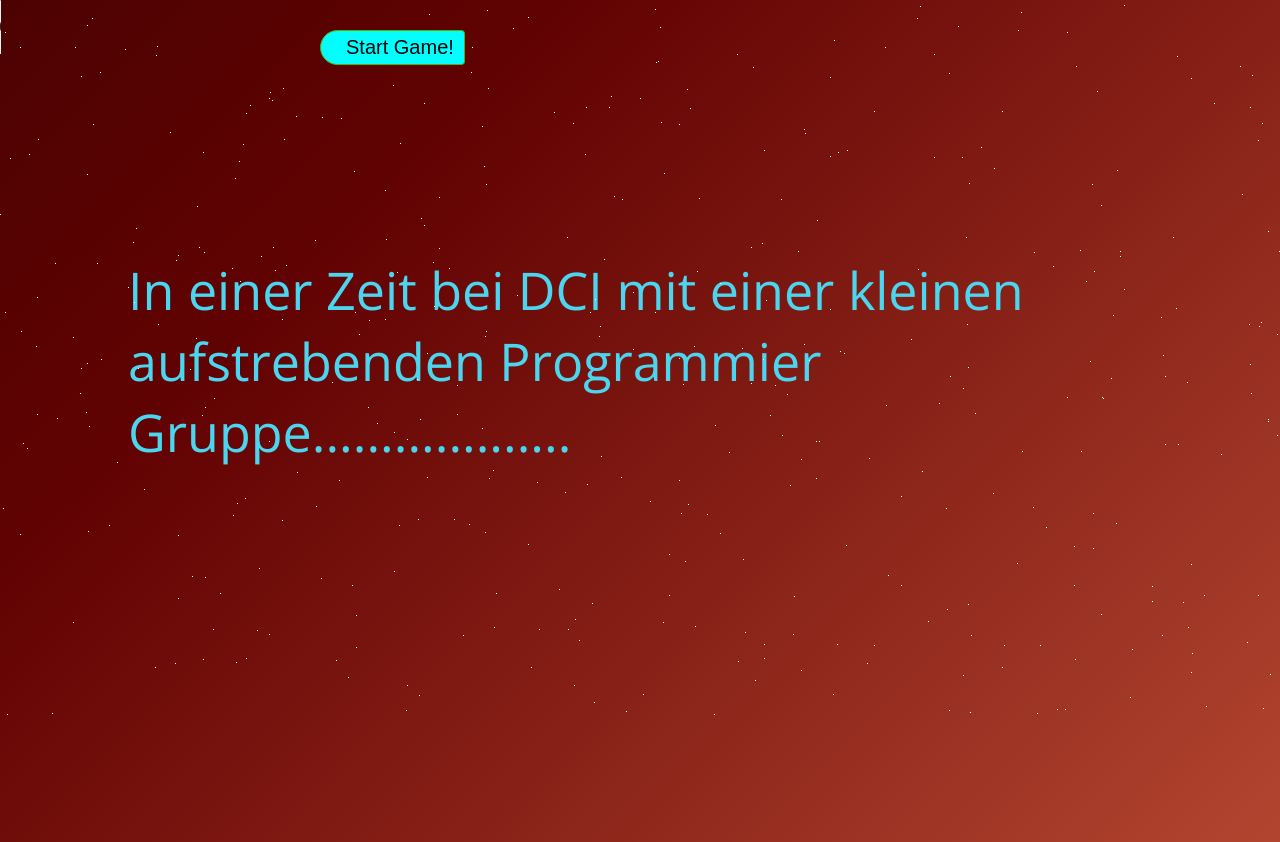
Repository: Der-Metatron/Projekt-Omega-Sprotte
Page: /
The author's editor kept a copy of each file at every save. The page is drawn from the files as they stood at one save, then again after the next save.
The browser window is 1280 px wide. The pictures show the whole page.
The project was rebuilt for these pictures with package versions that can differ from the ones it lists, and the page was loaded fresh each time. Also part of the build but not shown: src/services/game-control.js, src/components/GameCanvas.jsx, src/components/Footer.jsx.

Above is the page before, as saved 2022-06-23 21:43:12.

After the next save:
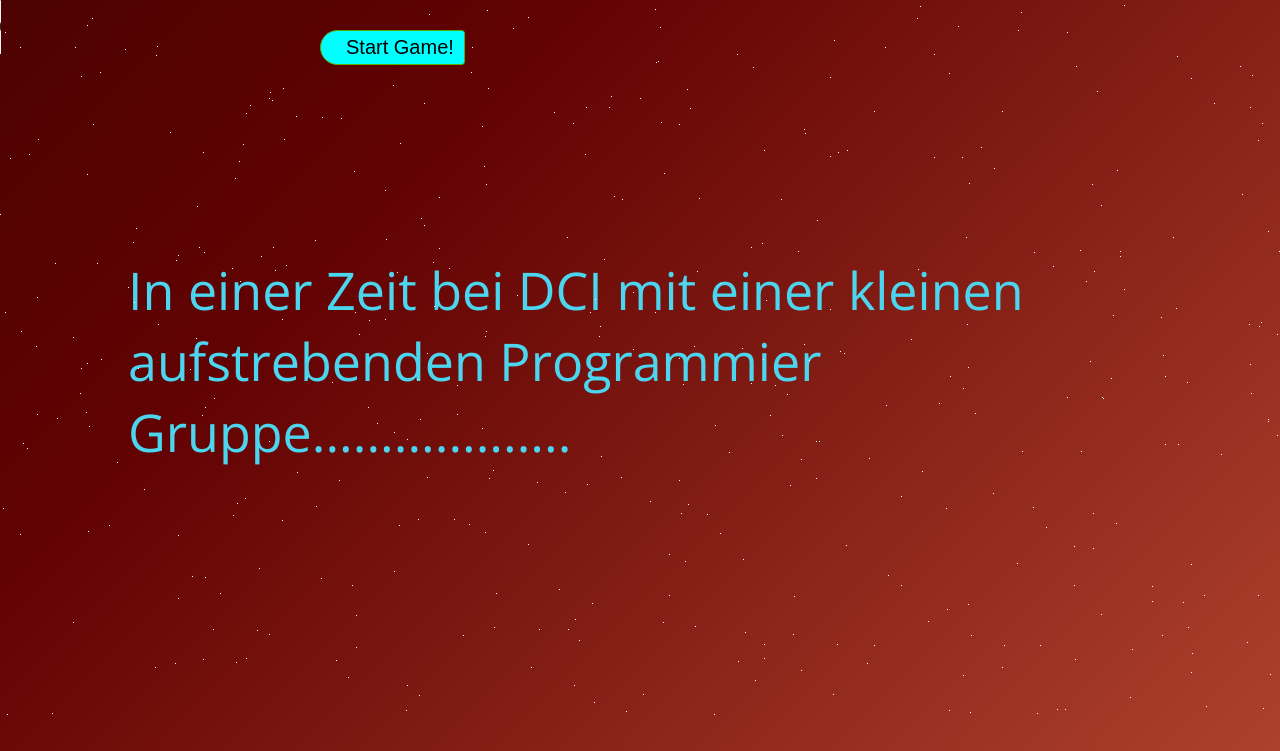
Saved 86 s later.
--- a/src/components/Welcome.css
+++ b/src/components/Welcome.css
@@ -44,9 +44,9 @@
   left: 50%;
   transform: translate(-50%, -50%);
   z-index: 2;
-  width: 100%;
+  width: 90%;
   opacity: 0;
-  animation: logo 10s ease-out 9s;
+  animation: logo 9s ease-out 9s;
 }
 
 .logo img {

After the save that followed:
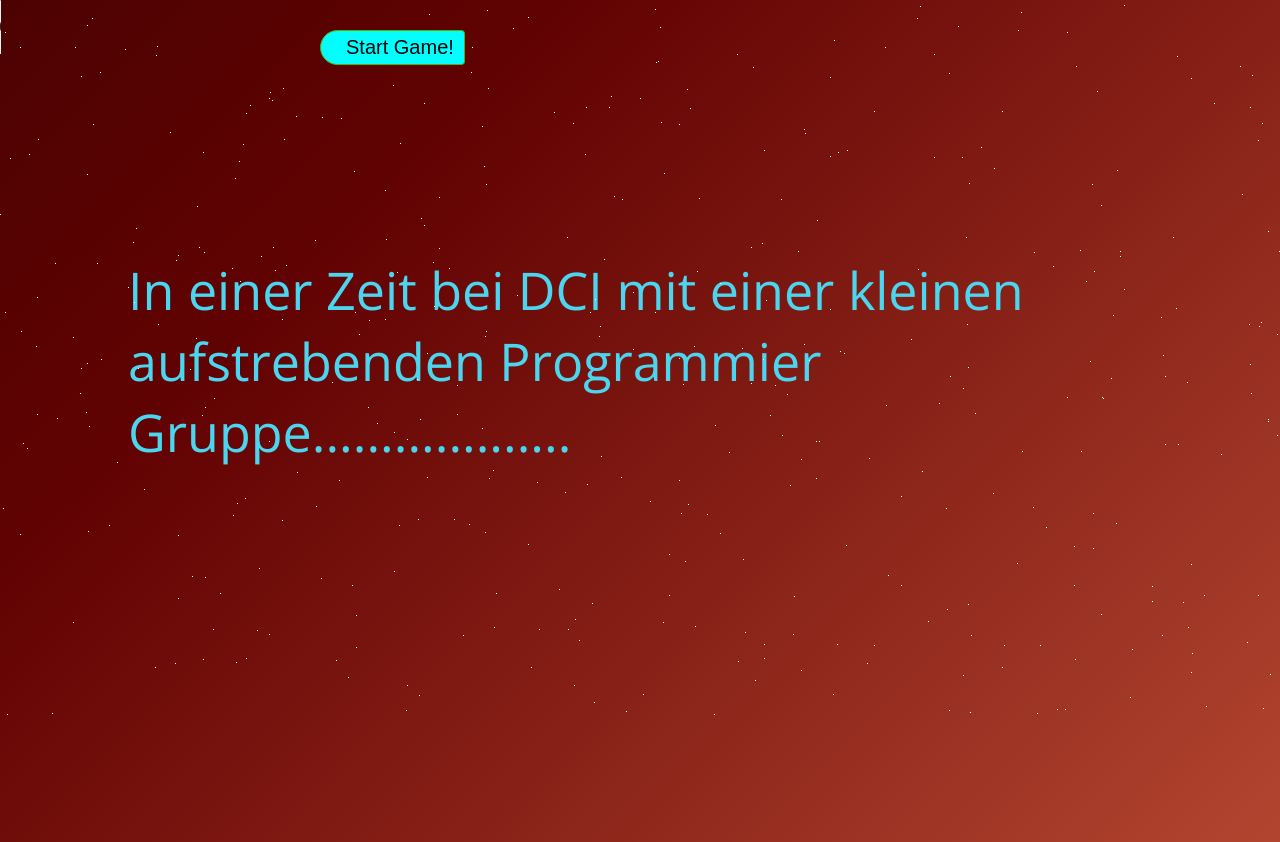
Saved 40 s later.
--- a/src/components/Welcome.css
+++ b/src/components/Welcome.css
@@ -44,9 +44,9 @@
   left: 50%;
   transform: translate(-50%, -50%);
   z-index: 2;
-  width: 90%;
+  width: 100%;
   opacity: 0;
-  animation: logo 9s ease-out 9s;
+  animation: logo 10s ease-out 9s;
 }
 
 .logo img {
